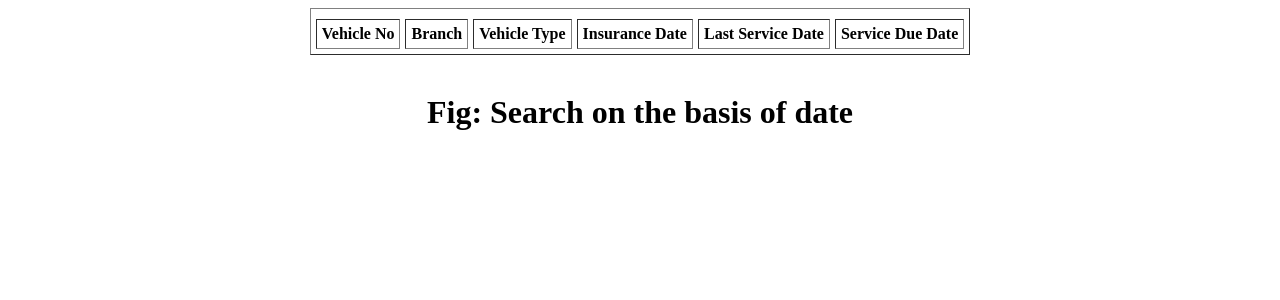
Repository: vaibhavgramni/VehicleSystem
Page: http://localhost/VehicleReservation/SearchServiceDate.jsp
An editor plug-in stored every save of this project. The page is shown before and after the next save, followed by the edit.
The browser window is 1280 px wide. The pictures show the whole page.
The page is served by Tomcat 9. Other server files are loaded and not shown. Queries for data that is not in the repository find no rows.

Above is the page before, as saved 2019-05-06 09:22:49.

### VehicleReservation/WebContent/SearchServiceDate.jsp

<%@page import="java.sql.Connection"%>
<%@page import="java.sql.PreparedStatement"%>
<%@page import="java.sql.ResultSet"%>
<%@page import="java.sql.SQLException"%>
<%@page import="VehicleR.*"%>
<%@page import="java.util.*"%>
<%@page import="java.text.*"%>


<!DOCTYPE html PUBLIC "-//W3C//DTD HTML 4.01 Transitional//EN" "http://www.w3.org/TR/html4/loose.dtd">
<html>
<head>
<meta http-equiv="Content-Type" content="text/html; charset=ISO-8859-1">
<title>Insert title here</title>
</head>
<body>
<%
Connection con=null;
PreparedStatement pstmt=null;
ResultSet rs=null;
String indate=(String)request.getParameter("servicedate");
String y =""+Calendar.getInstance().get(Calendar.YEAR);
String role = (String)session.getAttribute("role");
%>
		<table align="center" cellpadding="5" cellspacing="5" border="1">
			<tr>

			</tr>
			<tr>
				<td><b>Vehicle No</b></td>
				<td><b>Branch</b></td>
				<td><b>Vehicle Type</b></td>
				<td><b>Insurance Date</b></td>
				<td><b>Last Service Date</b></td>
				<td><b>Service Due Date</b></td>
				</tr>
				<%
				try {
		               con=Util1.getConnection();
		               System.out.println("before stmt");
		               System.out.println(indate);
		               System.out.println(y);

		               pstmt=con.prepareStatement("select * from vehicleinfo1");
		               System.out.println("after stmt");
		               rs=pstmt.executeQuery();
		               System.out.println("Inside try search page");
		               while(rs.next())
		               {
		            	    String d = rs.getString("serviceduedate");
		            	    String servicedate = rs.getString("insurancedate");
		            	    SimpleDateFormat format=new SimpleDateFormat("yyyy-MM-dd");
		           			Date date = format.parse(d);
		           			Date dateservice = format.parse(servicedate);
		           		 	System.out.println(date);
		           		// below code is for difference in days..//
		           		 	Date datetoday = Calendar.getInstance().getTime();
		         	        int diffInDays = (int) ((datetoday.getTime() - date.getTime()) / (1000 * 60 * 60 * 24));
		         	        int diffInDaysService = (int) ((datetoday.getTime() - dateservice.getTime()) / (1000 * 60 * 60 * 24));
		         	        System.out.println(diffInDays);
		           		//top code is for difference in days...//
		           			Calendar calendar = Calendar.getInstance();
		           			calendar.setTime(date);
		           			System.out.println("date");
		           			String month = ""+calendar.get(Calendar.MONTH);
		           			String year =""+calendar.get(Calendar.YEAR);
		           			if(month.equals(indate) && year.equals(y))
		           			{
		           				if(role.equals("admin"))
		           				{
		           				%>
		           						<tr>
		    								<td><a href="Updateform2.jsp"><%=rs.getString("vehicleno") %></a></td>
		    								<td><%=rs.getString("branch") %></td>
		    								<td><%=rs.getString("vehicletype") %></td>
		    								<%  if(diffInDaysService<=15)
		         	        				{  %>
		    									<td style="color:red;"><%=rs.getString("insurancedate") %></td>
		    								<% }
		    								else
		    								{  %>
		    									<td><%=rs.getString("insurancedate") %></td>
		    							<% 	}  %>
		    								<td><%=rs.getString("lastservicedate") %></td>
		    								<%  if(diffInDays<=15)
		         	        				{  %>
		    									<td style="color:red;"><%=rs.getString("serviceduedate") %></td>
		    								<% }
		    								else
		    								{  %>
		    									<td><%=rs.getString("serviceduedate") %></td>
		    							<% 	}  %>
		    							</tr>
		    					<%
		           				}
		           				else
		           				{
		           				%>
		           						<tr>
		    								<td><%=rs.getString("vehicleno") %></td>
		    								<td><%=rs.getString("branch") %></td>
		    								<td><%=rs.getString("vehicletype") %></td>
		    								<%  if(diffInDaysService<=15)
		         	        				{  %>
		    									<td style="color:red;"><%=rs.getString("insurancedate") %></td>
		    								<% }
		    								else
		    								{  %>
		    									<td><%=rs.getString("insurancedate") %></td>
		    							<% 	}  %>
		    								<td><%=rs.getString("lastservicedate") %></td>
		    								<%  if(diffInDays<=15)
		         	        				{  %>
		    									<td style="color:red;"><%=rs.getString("serviceduedate") %></td>
		    								<% }
		    								else
		    								{  %>
		    									<td><%=rs.getString("serviceduedate") %></td>
		    							<% 	}  %>
		    							</tr>
		           				<%
		           				}
		            	   }
		             }
				}
		             catch (SQLException e) {
		                      e.printStackTrace();
		               }
		               finally {
		                      Util1.closeAll(rs, pstmt, con);
		               }
				%>
		</table>
		<br>
		<p><center><h1>Fig: Search on the basis of date</h1></center></p>
</body>
</html>

### VehicleReservation/src/VehicleR/Util1.java
package VehicleR;

import java.io.FileReader;
import java.io.IOException;
import java.sql.Connection;
import java.sql.DriverManager;
import java.sql.ResultSet;
import java.sql.SQLException;
import java.sql.Statement;
import java.util.Properties;

public class Util1 {
private static final String driverClass;
private static final String url;
private static final String username;
private static final String password;

static
{
	System.out.println("inside util1");
	/*Properties pr=new Properties();
	FileReader in=null;*/
	driverClass="oracle.jdbc.driver.OracleDriver";
	url="jdbc:oracle:thin:@localhost:1521:XE";
	username="system";
	password="password-1";
	try
	{

/*
		in=new FileReader("//constant.properties");
		pr.load(in);
*/	}
	catch(Exception e)
	{
		e.printStackTrace();
	}
	finally
	{
		/*try
		{
			if(in!=null)
			{
				in.close();
				in=null;
			}
		}
		catch(IOException e)
		{
			e.printStackTrace();
		}*/
		/*driverClass=pr.getProperty("driverClass");
		url=pr.getProperty("url");
		username=pr.getProperty("username");
		password=pr.getProperty("password");*/

	}
}

static
{
	try
	{
		Class.forName(driverClass);
	}
	catch(ClassNotFoundException e)
	{
		e.printStackTrace();
	}
}
public static Connection getConnection() throws SQLException
{
	return DriverManager.getConnection(url,username,password);
}
public static void closeAll(ResultSet rs,Statement stmt,Connection con)
{
	try
	{
		if(rs!=null)
		{
			rs.close();
			rs=null;
		}
	}
	catch(SQLException e)
	{
		e.printStackTrace();
	}
	try
	{
		if(stmt!=null)
		{
			stmt.close();
		}
	}
	catch(SQLException e)
	{
		e.printStackTrace();
	}
	try
	{
		if(con!=null)
		{
			con.close();
			con=null;
		}
	}
	catch(SQLException e)
	{
		e.printStackTrace();
	}
}
}

After the next save:
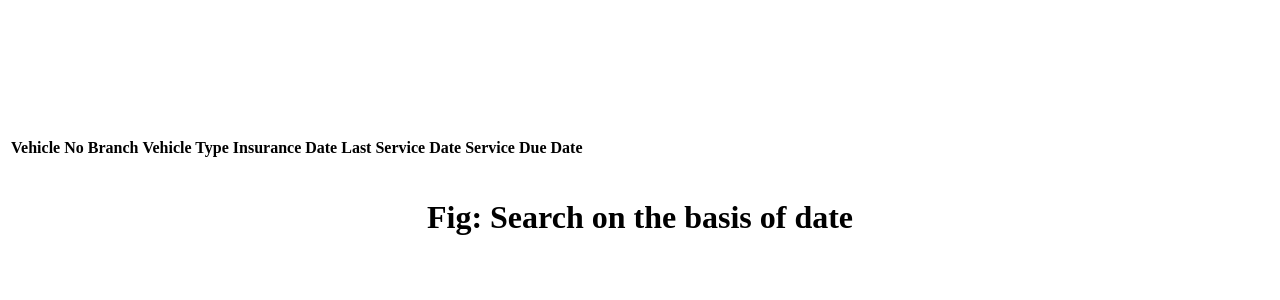
Saved 22 s later.
--- a/VehicleReservation/WebContent/SearchServiceDate.jsp
+++ b/VehicleReservation/WebContent/SearchServiceDate.jsp
@@ -22,8 +22,14 @@ ResultSet rs=null;
 String indate=(String)request.getParameter("servicedate");
 String y =""+Calendar.getInstance().get(Calendar.YEAR);
 String role = (String)session.getAttribute("role");
-%>
-		<table align="center" cellpadding="5" cellspacing="5" border="1">
+%><br>
+	<br>
+	<br>
+		<br>
+		<br>
+		<br>
+		<br>
+		<table>
 			<tr>
 
 			</tr>
